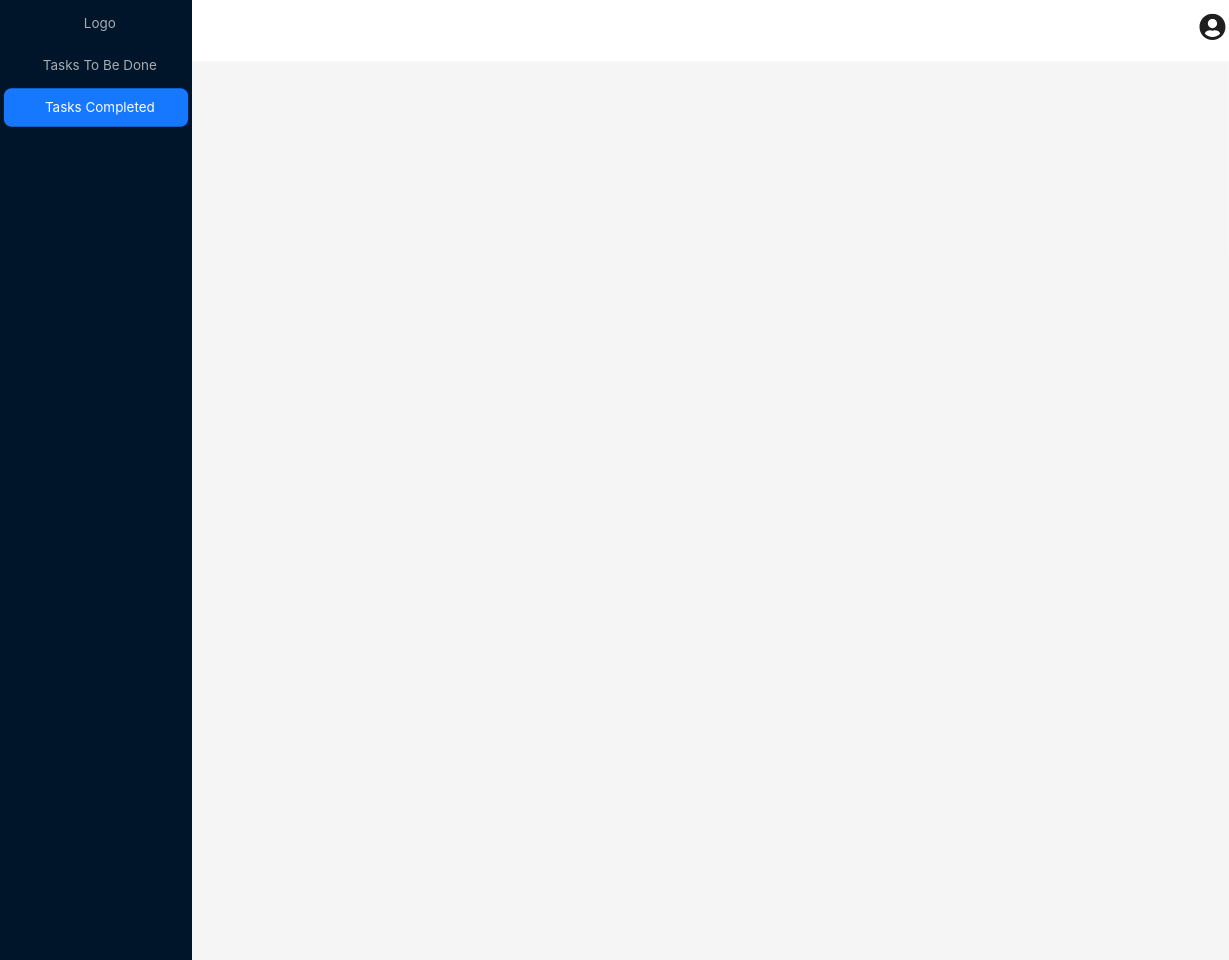
Repository: runner855/todolist_new
Page: /
These files come from the project's save history. The page is drawn as it stood at one moment and after the next save; the edit follows.
The browser window is 1280 px wide. The pictures show the whole page, at 96% of full size.
The project was rebuilt for these pictures with package versions that can differ from the ones it lists, and the page was loaded fresh each time.

Above is the page before, as saved 2023-03-19 17:15:48.

After the next save:
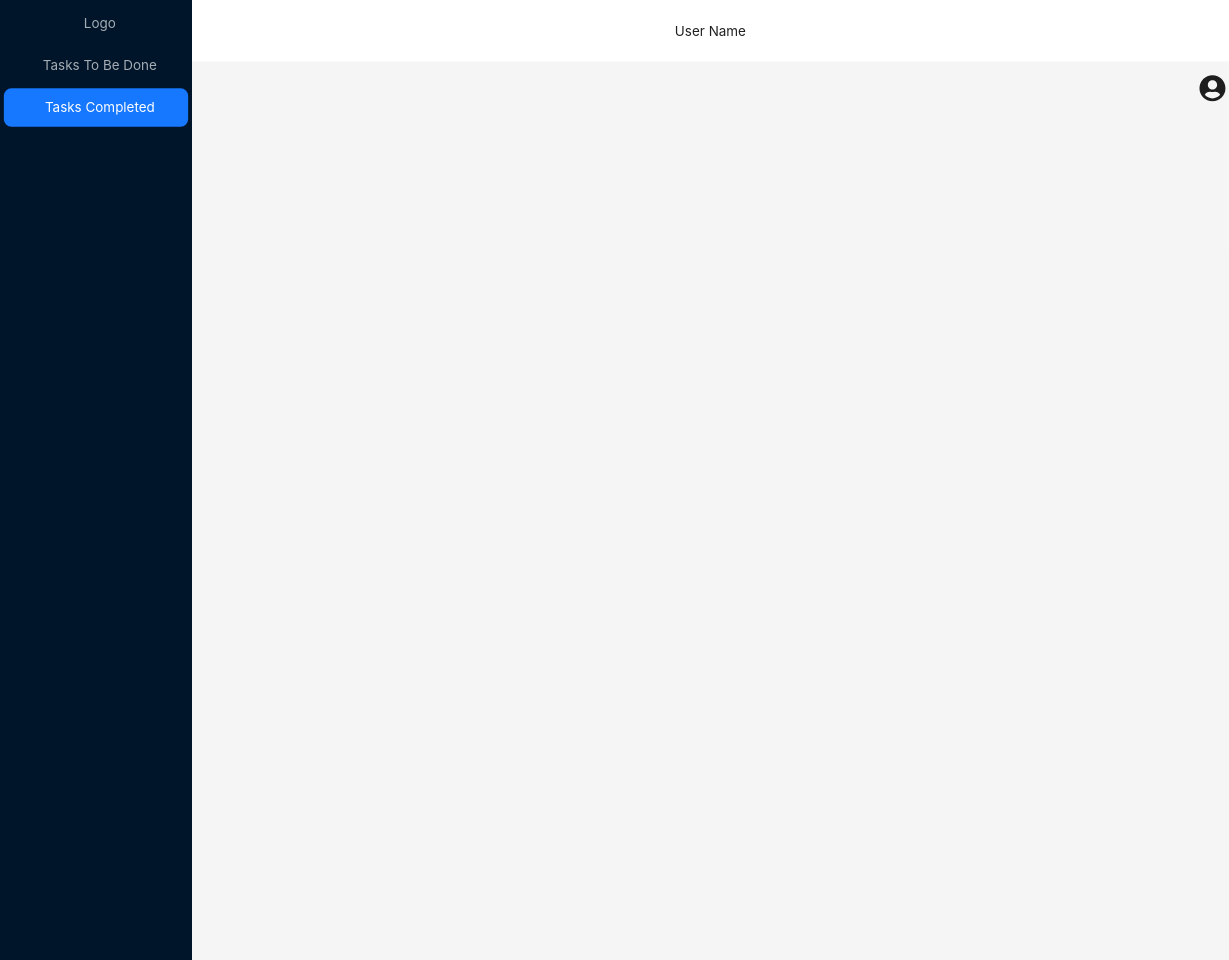
Saved 57 s later.
--- a/src/components/NavBar/NavBar.tsx
+++ b/src/components/NavBar/NavBar.tsx
@@ -44,6 +44,7 @@ export const NavBar = () => {
       </Sider>
       <Layout>
         <Header style={{ padding: 0, background: colorBgContainer }}>
+          <div className='username'>User Name</div>
         <div className='avatar'><FaUserCircle/></div>
 
         </Header>
